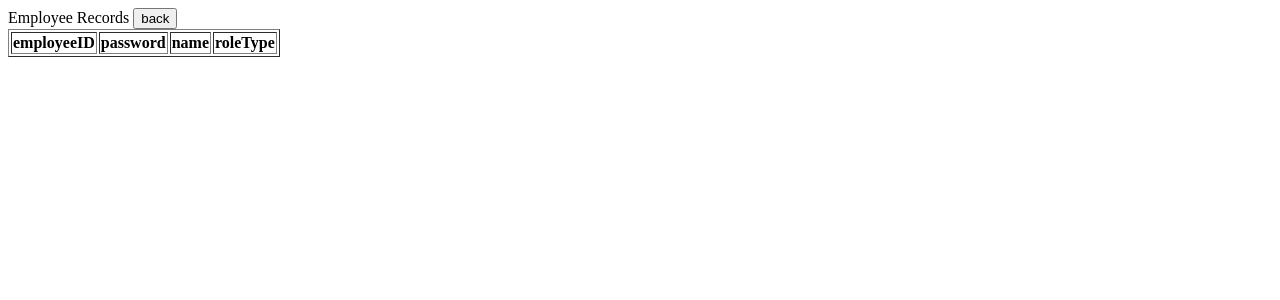
Repository: TarunSinghD/Object-Oriented-Design-Final-Project
Page: http://localhost/LeaveManagement/JSP/EmployeeRecords.jsp
These files come from the project's save history. The page is drawn as it stood at one moment and after the next save; the edit follows.
The browser window is 1280 px wide. The pictures show the whole page.
The page is served by Tomcat 9. Nobody is signed in. The application's start-up code is not run. Other server files are loaded and not shown. Queries for data that is not in the repository find no rows.

Above is the page before, as saved 2018-04-15 03:49:41.

### LeaveManagement/WebContent/JSP/EmployeeRecords.jsp
<%@ page language="java" contentType="text/html; charset=ISO-8859-1"
    pageEncoding="ISO-8859-1"%>
    <%@ page import="java.sql.*" %>
     <%@ page import="com.leave.model.*" %>
     <%@ page import="java.util.*" %>

<!DOCTYPE html PUBLIC "-//W3C//DTD HTML 4.01 Transitional//EN" "http://www.w3.org/TR/html4/loose.dtd">
<html>
<head>
<meta http-equiv="Content-Type" content="text/html; charset=ISO-8859-1">
<title>Insert title here</title>
</head>
<body>
Employee Records
 <TABLE BORDER="1">
                <TR>
                    <TH>employeeID</TH>
                    <TH>password</TH>
                    <TH>name</TH>
                    <TH>roleType</TH>
                </TR>
<%
	HR hr = new HR();
	ArrayList<Employee> empList = hr.viewEmployeeDetails();

	for(Employee e: empList)
	{
%>

                <TR>
                    <TD> <%=e.getEmployeeID()  %> </TD>
                    <TD> <%= e.getPassword() %> </TD>
                     <TD> <%= e.getName() %> </TD>
                      <TD> <%= e.getRoleType() %> </TD>
                </TR>
            </TABLE>
            <%
	}
            %>
            <button type="button" name="back" onclick="history.back()">back</button>
</body>
</html>

### LeaveManagement/src/com/leave/model/User.java
package com.leave.model;
/*
 * To change this license header, choose License Headers in Project Properties.
 * To change this template file, choose Tools | Templates
 * and open the template in the editor.
 */

import java.io.IOException;
import javax.servlet.http.HttpServletResponse;

public abstract class User {

	private int employeeID;
	private String password;
	private String name;
	private String roleType;


	// Methods

	public boolean login(String username, String password) {
		return false;

	}

	public String getPassword() {
		return password;

	}

	public String getName() {
		return name;

	}

	public String getRoleType() {
		return roleType;
		// return null;

	}

	public int getEmployeeID() {
		return employeeID;

	}

	public void setPassword(String password) {
		this.password = password;
	}

	public void setName(String name) {
		this.name = name;
	}

	public void setRoleType(String roletype) {
		this.roleType = roletype;
	}

	public void setEmployeeID(int employeeID) {
		this.employeeID = employeeID;
	}

	public void setAttributes(int employeeID, String password, String name, String roletype)
	{
		System.out.println("Setting attributes");
		this.setEmployeeID(employeeID);
		this.setPassword(password);
		this.setName(name);
		this.setRoleType(roletype);
	}

	public void printUserDetails()
	{
		System.out.println(this.getEmployeeID());
		System.out.println(this.getPassword());
		System.out.println(this.getName());
		System.out.println(this.getRoleType());
	}

	public abstract void handleRequest(HttpServletResponse response) throws IOException;

}

### LeaveManagement/src/com/leave/model/HR.java
package com.leave.model;
import java.sql.*;

import java.io.IOException;
import java.util.*;

import javax.servlet.http.HttpServletResponse;

public class HR extends User  {

	private ArrayList<LeaveApplication> hrLeaveAprrovalQ;
	private ArrayList<Employee> empList;

	public ArrayList<Employee> viewLeaveApproval() {
		return empList;

	}

	public void updateleaveBalance() {

	}

	public ArrayList<Employee> viewEmployeeDetails() {
		empList = new ArrayList<Employee>();
		try {

				// load and register JDBC driver for MySQL
				Class.forName("com.mysql.jdbc.Driver");
				Connection con=DriverManager.getConnection("jdbc:mysql://localhost:3306/employee?autoReconnect=true&useSSL=false","root","sao!381TsL");
				Statement stmt=con.createStatement();



				ResultSet rs=stmt.executeQuery("SELECT * FROM employee.user");
				while(rs.next())
				{
					Employee emp = new Employee();
					emp.setAttributes(rs.getInt(1), rs.getString(2), rs.getString(3), rs.getString(4));
					this.empList.add(emp);
					//System.out.println("Inside HR Class");
					emp.printUserDetails();
				}
			}

			catch (Exception exc) {
				System.out.print(exc);
			}
		return this.empList;
	}

	public Employee addEmployee() {
		return null;

	}

	public void deleteEmployee(int employeeID) {

	}

	public void handleRequest(HttpServletResponse response) {

		System.out.println("HR!!!!!!!!!");
		printUserDetails();
		try
		{
			response.sendRedirect("/LeaveManagement/JSP/HR.jsp");
		}
		catch (IOException ie)
		{
			ie.printStackTrace();
		}
	}
}

After the next save:
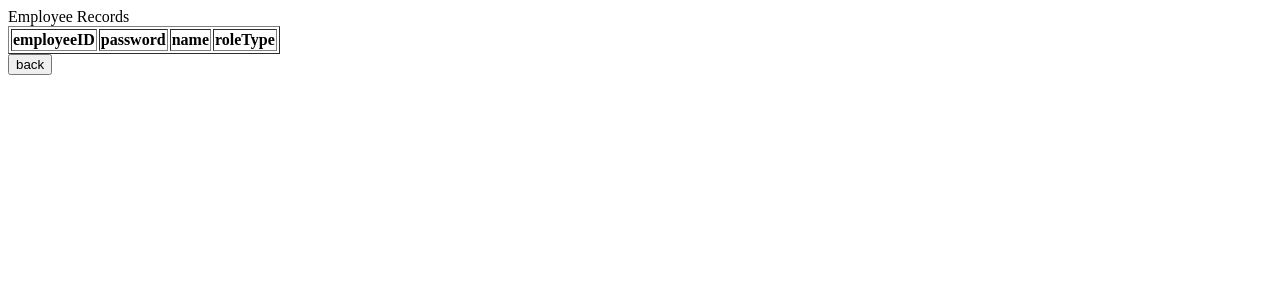
Saved 3 min 17 s later.
--- a/LeaveManagement/WebContent/JSP/EmployeeRecords.jsp
+++ b/LeaveManagement/WebContent/JSP/EmployeeRecords.jsp
@@ -33,10 +33,11 @@ Employee Records
                      <TD> <%= e.getName() %> </TD>
                       <TD> <%= e.getRoleType() %> </TD>
                 </TR>
-            </TABLE>
+
             <%
 	}
             %>
+            </TABLE>
             <button type="button" name="back" onclick="history.back()">back</button>
 </body>
 </html>
